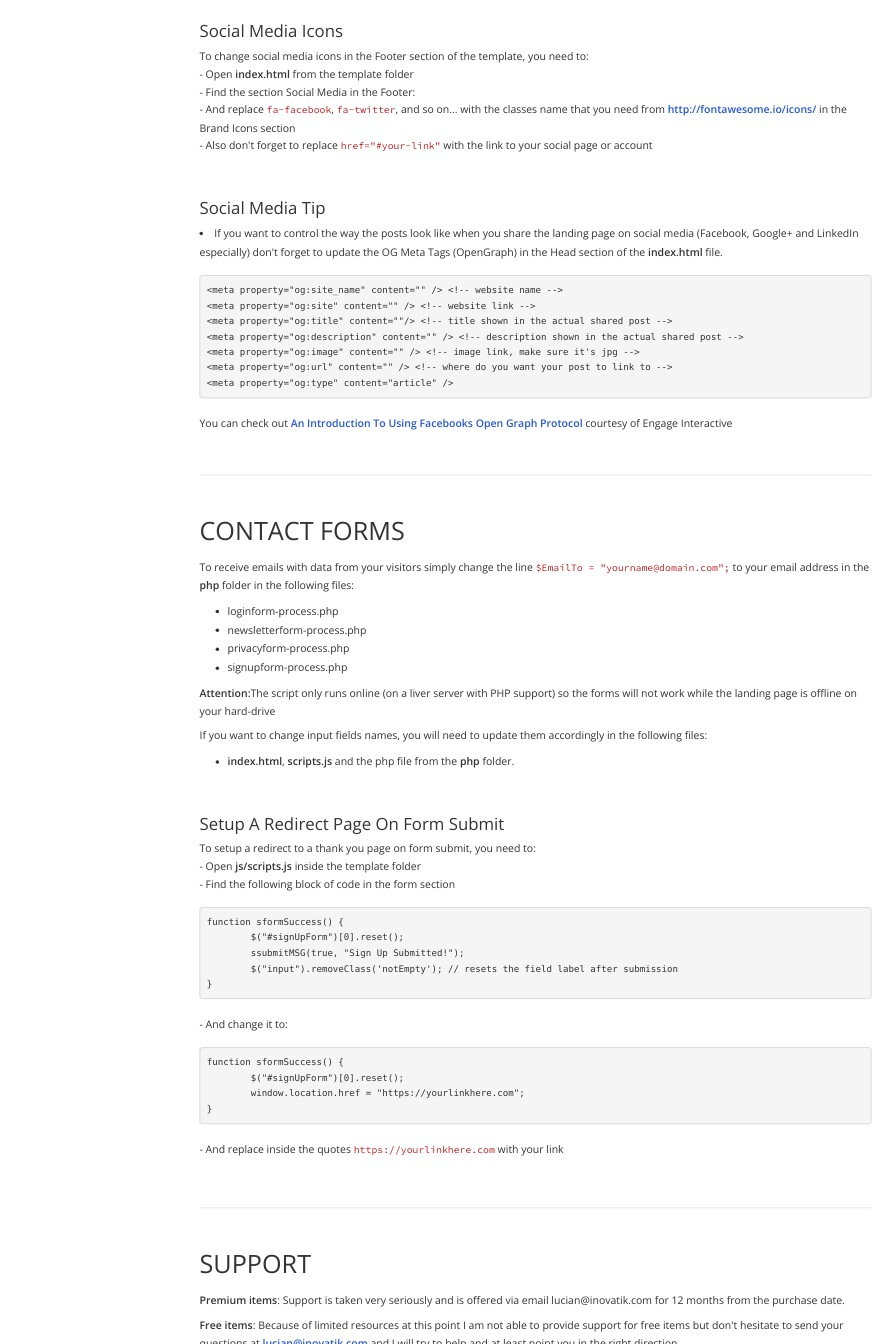
Repository: sibina-sto/tivo
Page: public/documentation/index.html
The author's editor kept a copy of each file at every save. The page is drawn from the files as they stood at one save, then again after the next save.
The browser window is 1280 px wide. The pictures show the part of the page from y = 4580 to 6500 px (the page is 6637 px tall before and 6664 px after), at 70% of full size.

Above is the page before, as saved 2023-04-29 20:45:34.

### public/documentation/index.html
<!DOCTYPE html>
<html lang="en">
<head>

    <meta charset="utf-8">
    <meta http-equiv="X-UA-Compatible" content="IE=edge">
    <meta name="viewport" content="width=device-width, shrink-to-fit=no, initial-scale=1">
    <meta name="description" content="">
    <meta name="author" content="">
    <title>Documentation - Tivo SaaS App HTML Landing Page Template</title>

    <!-- Styles -->
	<link href="https://fonts.googleapis.com/css?family=Source+Code+Pro:300,400,600" rel="stylesheet">
	<link href="https://fonts.googleapis.com/css?family=Open+Sans:300,400,600" rel="stylesheet">
    <link href="css/bootstrap.min.css" rel="stylesheet">
    <link href="css/styles.css" rel="stylesheet">

    <!-- HTML5 Shim and Respond.js IE8 support of HTML5 elements and media queries -->
    <!-- WARNING: Respond.js doesn't work if you view the page via file:// -->
    <!--[if lt IE 9]>
        <script src="https://oss.maxcdn.com/libs/html5shiv/3.7.0/html5shiv.js"></script>
        <script src="https://oss.maxcdn.com/libs/respond.js/1.4.2/respond.min.js"></script>
    <![endif]-->

</head>
<body>
    <div id="wrapper">

        <!-- Sidebar -->
        <div id="sidebar-wrapper">
			<p>Tivo - Landing Page<br> Documentation</p>
            <ul class="sidebar-nav">
                <li class="sidebar-brand">
                </li>
                <li>
                    <a href="#introduction">INTRODUCTION</a>
                </li>
                <li>
                    <a href="#files">FILES STRUCTURE</a>
				</li>
				<li>
                    <a href="#images">IMAGES</a>
                </li>
                <li>
                    <a href="#icons">ICONS</a>
				</li>
				<li>
                    <a href="#forms">CONTACT FORMS</a>
                </li>
				<li>
                    <a href="#support">SUPPORT</a>
                </li>
            </ul>
        </div>
        <!-- end of sidebar wrapper -->


        <!-- Page Content -->
        <div id="page-content-wrapper">
            <div class="container-fluid">
                <div class="row">
                    <div id="introduction" class="col-lg-12">
                        <h1>INTRODUCTION</h1>
                        <p>Hello and thank you for using Tivo SaaS App HTML Landing Page Template. Tivo is an HTML landing page template built with Bootstrap featuring image slider, tabs, details lightbox, video lightbox, text slider, dropdown navigation, extra pages and working newsletter, sign up, log in forms.</p>
						<p>Built with Bootstrap 4, HTML5, CSS3, PHP and JavaScript it will help you achieve your online marketing goals in a beautiful and efficient manner.</p>
						<p>Frameworks and toolkits used: Bootstrap 4, Popper, jQuery, jQuery Easing, Validator, Magnific Popup, Swiper.</p>
						<p>You can edit the template's Html, Css, Php, Js files with your preferred text and code editor: <a href="https://notepad-plus-plus.org/">Notepad++</a>, <a href="https://code.visualstudio.com/">Visual Code</a>, <a href="https://www.sublimetext.com/">Sublime</a> or any other...</p>
						<p>For image editing you can use <a href="http://www.adobe.com/products/photoshop.html">Adobe Photoshop</a> or any other graphic editor of your choice.</p>
					</div> <!-- end of introduction -->


					<div class="col-lg-12"><hr></div> <!-- gray separator line -->


					<div id="files" class="col-lg-12">
                        <h1>FILES STRUCTURE</h1>
						<p>
							<b>Documentation</b> - is the folder of this help file.
							<br><b>Web</b> - contains the html, css, js and php files of the template.
						</p>
						<p><b>Web</b> folder includes <b>index.html</b> file which you will use to open the template and the extra pages: article-details.html, log-in.html, privacy-policy.html, sign-up.html and terms-conditions.html. Besides index.html, you will also find the following folders:
							<ul>
								<li><b>Css</b> - Bootstrap, Font Awesome, Magnific Popup, Swiper and the template's custom stylesheet styles.css</li>
								<li><b>Images</b> - Images used throughout the template including the favicon and logo</li>
								<li><b>Js</b> - JavaScript files for Bootstrap, Popper, jQuery, jQuery Easing, Magnific Popup, Swiper, Validator, and Tivo's custom scripts: scripts.js</li>
								<li><b>Php</b> - PHP script files for the contact forms</li>
								<li><b>Webfonts</b> - Font Awesome files</li>
							</ul>
						</p>
					</div> <!-- end of files structure -->


					<div class="col-lg-12"><hr></div> <!-- gray separator line -->


					<div id="images" class="col-lg-12">
						<h1>IMAGES</h1>
						<h3>Image Links</h3>
						<p>Here are the links to the images used throughout the template:
							<ul>
								<li>Header app vector: <a href="https://www.freepik.com/free-vector/link-building-concept_3507157.htm#page=1&query=interface&position=19">https://www.freepik.com/free-vector/link-building-concept_3507157.htm#page=1&query=interface&position=19</a></li>
								<li>Description icons: <a href="https://www.freepik.com/premium-vector/programming-coding-isometric-set_5059166.htm#page=1&query=software&position=13">https://www.freepik.com/premium-vector/programming-coding-isometric-set_5059166.htm#page=1&query=software&position=13</a></li>

								<li>Speakers: <a href="http://www.freepik.com/free-photo/close-up-of-pretty-woman-with-glasses-and-big-smile_898740.htm">http://www.freepik.com/free-photo/close-up-of-pretty-woman-with-glasses-and-big-smile_898740.htm</a></li>
								<li>Speakers: <a href="http://www.freepik.com/free-photo/serious-man-walking-through-the-city_940147.htm">http://www.freepik.com/free-photo/serious-man-walking-through-the-city_940147.htm</a></li>
								<li>Speakers: <a href="http://www.freepik.com/free-photo/clever-woman-writing-an-essay_857632.htm">http://www.freepik.com/free-photo/clever-woman-writing-an-essay_857632.htm</a></li>
								<li>Speakers: <a href="http://www.freepik.com/free-photo/thinking-man-with-a-coat_916622.htm">http://www.freepik.com/free-photo/thinking-man-with-a-coat_916622.htm</a></li>
								<li>Article details image large: <a href="https://www.pexels.com/photo/photo-of-imac-near-macbook-1029757/">https://www.pexels.com/photo/photo-of-imac-near-macbook-1029757/</a></li>
								<li>Article details image small: <a href="https://www.pexels.com/photo/apple-office-internet-ipad-38544/">https://www.pexels.com/photo/apple-office-internet-ipad-38544/</a></li>
							</ul>
						</p>

						<h3>Image Resources</h3>
						<p>You can find your own images while checking out the following free online sources:
							<ul>
								<li>Freepik: <a href="https://www.pexels.com/">https://www.freepik.com/home</a></li>
								<li>Pexels: <a href="https://www.pexels.com/">https://www.pexels.com/</a></li>
								<li>SplitShire: <a href="https://www.splitshire.com/">https://www.splitshire.com/</a></li>
								<li>StartupStockPhotos: <a href="http://startupstockphotos.com/">http://startupstockphotos.com/</a></li>
								<li>StockSnap: <a href="https://stocksnap.io/">https://stocksnap.io/</a></li>
								<li>ISO Republic: <a href="http://isorepublic.com/">http://isorepublic.com/</a></li>
								<li>Videezy: <a href="https://www.videezy.com/">https://www.videezy.com/</a> - for videos</li>
							</ul>
						</p>

						<h3>Changing The Logo</h3>
						<p>
							- Place your image file in the <b>images</b> folder
							<br>- Open for editing <b>index.html</b>
							<br>- Find <b>Navigation</b> section
							<br>- Here find this line of code:
<pre class="code-format">
&lt;a class=&quot;navbar-brand logo-image&quot; href=&quot;index.html&quot;&gt;&lt;img src=&quot;images/logo.svg&quot; alt=&quot;alternative&quot;&gt;&lt;/a&gt;
</pre>
							<br>- And replace <span class="code">logo.svg</span> with your new file name
							<br>- Save the file and refresh the browser window to see the changes
						</p>

						<h3>Curved SVG Background Frame</h3>
						<p>
							- Tivo uses an svg image as background decoration for some of the sections like Header and Footer
							<br>- This image doesn't come from an image file, instead it's generated by the following code found in index.html for each of <b>the above mentioned sections</b>
							<br>- For example here is the code for the <b>Header</b> section:
<pre class="code-format">
&lt;svg class=&quot;header-frame&quot; data-name=&quot;Layer 1&quot; xmlns=&quot;http://www.w3.org/2000/svg&quot; preserveAspectRatio=&quot;none&quot; viewBox=&quot;0 0 1920 310&quot;&gt;&lt;defs&gt;&lt;style&gt;.cls-1{fill:#5f4def;}&lt;/style&gt;&lt;/defs&gt;&lt;title&gt;header-frame&lt;/title&gt;&lt;path class=&quot;cls-1&quot; d=&quot;M0,283.054c22.75,12.98,53.1,15.2,70.635,14.808,92.115-2.077,238.3-79.9,354.895-79.938,59.97-.019,106.17,18.059,141.58,34,47.778,21.511,47.778,21.511,90,38.938,28.418,11.731,85.344,26.169,152.992,17.971,68.127-8.255,115.933-34.963,166.492-67.393,37.467-24.032,148.6-112.008,171.753-127.963,27.951-19.26,87.771-81.155,180.71-89.341,72.016-6.343,105.479,12.388,157.434,35.467,69.73,30.976,168.93,92.28,256.514,89.405,100.992-3.315,140.276-41.7,177-64.9V0.24H0V283.054Z&quot;/&gt;&lt;/svg&gt;
</pre>
							<br>- To change the <b>color</b> of the frame you can update the color code <span class="code">#5f4def</span> in this piece of code <span class="code">.cls-1{fill:#5f4def;}</span>
							<br>- There are also some properties controlled in <b>css/styles.css</b> with the <b>header-frame</b> and <b>footer-frame</b> classes in the following lines of code in the Header section
<pre class="code-format">
.header-frame {
	margin-top: -1px; /* To remove white margin in FF */
	width: 100%;
	height: 2.25rem;
}
</pre>
							<br>- And in the Footer section
<pre class="code-format">
.footer-frame {
	width: 100%;
	height: 1.5rem;
}
</pre>
							<br>- If you want to change the frame you can create it Adobe Illustrator or another vector software, export it, copy the code similar to the one above and replace the original code in index.html for each template section you want
							<br>- Don't forget to add the <b>frame-decorative</b> class to the index.html code and adjust the properties you need in styles.css
						</p>

						<h3>Changing Features Section Images</h3>
						<p>
							- Edit and save the image files in the <b>images</b> folder
							<br>- Open for editing <b>index.html</b>
							<br>- Find the section <b>Features</b> and the following lines of code
<pre class="code-format">
&lt;div class=&quot;image-container&quot;&gt;
	&lt;img class=&quot;img-fluid&quot; src=&quot;images/features-1.png&quot; alt=&quot;alternative&quot;&gt;
&lt;/div&gt; &lt;!-- end of image-container --&gt;
</pre>
							<br>- Here replace <span class="code">features-1.png</span> with your own file name
							<br>- Save the file and refresh the browser window to see the changes
							<br>- Repeat the steps above for all the tabs
							<br>- For optimum results with the least amount of work I recommend using the same image size as the original in the Live Preview
						</p>

						<h3>Changing Testimonial Section Images</h3>
						<p>
							- Edit and save the image files in the <b>images</b> folder
							<br>- Open for editing <b>index.html</b>
							<br>- Find the section <b>Testimonials</b> and the following lines of code
<pre class="code-format">
&lt;div class=&quot;image-wrapper&quot;&gt;
	&lt;img class=&quot;img-fluid&quot; src=&quot;images/testimonial-1.jpg&quot; alt=&quot;alternative&quot;&gt;
&lt;/div&gt; &lt;!-- end of image-wrapper --&gt;
</pre>
							<br>- Here replace <span class="code">testimonial-1.png</span> with your own file name
							<br>- Save the file and refresh the browser window to see the changes
							<br>- Repeat the steps above for all the slides
							<br>- For optimum results with the least amount of work I recommend using the same image size as the original in the Live Preview
						</p>
						<p>
							Tivo uses the Swiper plugin for the text slider. You can change settings like: time between slides, pause on hover, reactions to keyboard and others by visiting the plugins page: <a href="http://idangero.us/swiper/api/">http://idangero.us/swiper/api/</a> and adding them to the <b>Text Slider - Swiper</b> section in <b>js/scripts.js</b>
<pre class="code-format">
/* Text Slider - Swiper */
var textSlider = new Swiper('.text-slider', {
	autoplay: {
		delay: 6000,
		disableOnInteraction: false
	},
	loop: true,
	navigation: {
		nextEl: '.swiper-button-next',
		prevEl: '.swiper-button-prev'
	}
});
</pre>
						</p>
					</div> <!-- end of images -->


					<div class="col-lg-12"><hr></div> <!-- gray separator line -->


					<div id="icons" class="col-lg-12">
                        <h1>ICONS</h1>
						<h3>Font Awesome Icons</h3>
						<li>Tivo uses <a href="http://fontawesome.io/">Font Awesome</a> icon font in many sections and elements.
						<p>To change one of the Font Awesome icons you can simply replace the classes that you'll find in index.html e.g. fa-map-marker-alt, fa-envelope, fa-globe with the ones that you need from <a href="http://fontawesome.io/icons/">http://fontawesome.io/icons/</a></p>

						<h3>Social Media Icons</h3>
						<p>To change social media icons in the Footer section of the template, you need to:
							<br>- Open <b>index.html</b> from the template folder
							<br>- Find the section Social Media in the Footer:
							<br>- And replace <span class="code">fa-facebook</span>, <span class="code">fa-twitter</span>, and so on... with the classes name that you need from <a href="http://fontawesome.io/icons/">http://fontawesome.io/icons/</a> in the Brand Icons section
							<br>- Also don't forget to replace <span class="code">href="#your-link"</span> with the link to your social page or account
						</p>

						<h3>Social Media Tip</h3>
						<li>If you want to control the way the posts look like when you share the landing page on social media (Facebook, Google+ and LinkedIn especially) don't forget to update the OG Meta Tags (OpenGraph) in the Head section of the <b>index.html</b> file.
<pre class="code-format">
&lt;meta property="og:site_name" content="" /&gt; &lt;!-- website name --&gt;
&lt;meta property="og:site" content="" /&gt; &lt;!-- website link --&gt;
&lt;meta property="og:title" content=""/&gt; &lt;!-- title shown in the actual shared post --&gt;
&lt;meta property="og:description" content="" /&gt; &lt;!-- description shown in the actual shared post --&gt;
&lt;meta property="og:image" content="" /&gt; &lt;!-- image link, make sure it's jpg --&gt;
&lt;meta property="og:url" content="" /&gt; &lt;!-- where do you want your post to link to --&gt;
&lt;meta property="og:type" content="article" /&gt;
</pre>
						<br>You can check out <a href="http://engageinteractive.co.uk/blog/an-introduction-to-using-facebooks-open-graph-protocol">An Introduction To Using Facebooks Open Graph Protocol</a> courtesy of Engage Interactive<br>
                    </div> <!-- end of icons -->


					<div class="col-lg-12"><hr></div> <!-- gray separator line -->


					<div id="forms" class="col-lg-12">
                        <h1>CONTACT FORMS</h1>
                        <p>To receive emails with data from your visitors simply change the line <span class="code">$EmailTo = "yourname@domain.com";</span> to your email address in the <b>php</b> folder in the following files:</p>
						<ul>
							<li>loginform-process.php</li>
							<li>newsletterform-process.php</li>
							<li>privacyform-process.php</li>
							<li>signupform-process.php</li>
						</ul>
						<p><b>Attention:</b>The script only runs online (on a liver server with PHP support) so the forms will not work while the landing page is offline on your hard-drive</p>
						<p>If you want to change input fields names, you will need to update them accordingly in the following files:</p>
						<ul>
							<li><b>index.html</b>, <b>scripts.js</b> and the php file from the <b>php</b> folder.</li>
						</ul>

						<h3>Setup A Redirect Page On Form Submit</h3>
						<p>
							To setup a redirect to a thank you page on form submit, you need to:
							<br>- Open <b>js/scripts.js</b> inside the template folder
							<br>- Find the following block of code in the form section
<pre class="code-format">
function sformSuccess() {
	$("#signUpForm")[0].reset();
	ssubmitMSG(true, "Sign Up Submitted!");
	$("input").removeClass('notEmpty'); // resets the field label after submission
}
</pre>
							<br>- And change it to:
<pre class="code-format">
function sformSuccess() {
	$("#signUpForm")[0].reset();
	window.location.href = "https://yourlinkhere.com";
}
</pre>
							<br>- And replace inside the quotes <span class="code">https://yourlinkhere.com</span> with your link
						</p>
					</div> <!-- end of contact form and privacy policy form -->


					<div class="col-lg-12"><hr></div> <!-- gray separator line -->


					<div id="support" class="col-lg-12">
						<h1>SUPPORT</h1>
						<p><b>Premium items</b>: Support is taken very seriously and is offered via email lucian@inovatik.com for 12 months from the purchase date.</p>
						<p><b>Free items</b>: Because of limited resources at this point I am not able to provide support for free items but don't hesitate to send your questions at <a href="mailto:lucian@inovatik.com">lucian@inovatik.com</a> and I will try to help and at least point you in the right direction.</p>
					</div> <!-- end of support -->

					<div class="col-lg-12">
						<p class="footer">Tivo - Software Business HTML Landing Page Template by <a href="https://inovatik.com">Inovatik</a></p>
					</div>
                </div>
            </div>
        </div> <!-- end of page content wrapper -->
    </div> <!-- end of wrapper -->


    <!-- Scripts Libraries -->
    <script src="js/jquery.js" type="text/javascript"></script>
    <script src="js/bootstrap.min.js" type="text/javascript"></script>


	<!-- Custom Scripts -->
    <script>
    <!-- Menu Toggle Script -->
	$("#menu-toggle").click(function(e) {
        e.preventDefault();
        $("#wrapper").toggleClass("toggled");
    });

	/* Smooth Scrolling To Anchors  */
		$(function() {
			$('a[href*="#"]:not([data-toggle="tab"])').click(function() {
				if (location.pathname.replace(/^\//,'') == this.pathname.replace(/^\//,'') && location.hostname == this.hostname) {
					var target = $(this.hash);
					target = target.length ? target : $('[name=' + this.hash.slice(1) +']');
					if (target.length) {
						$('html, body').animate({
							scrollTop: target.offset().top
						}, 700);
						return false;
					}
				}
			});
		});
	</script>

</body>
</html>

Loaded but not shown: public/documentation/css/bootstrap.min.css (library); public/documentation/js/jquery.js (library); public/documentation/js/bootstrap.min.js (library); public/documentation/css/styles.css (211 lines, source omitted)

After the next save:
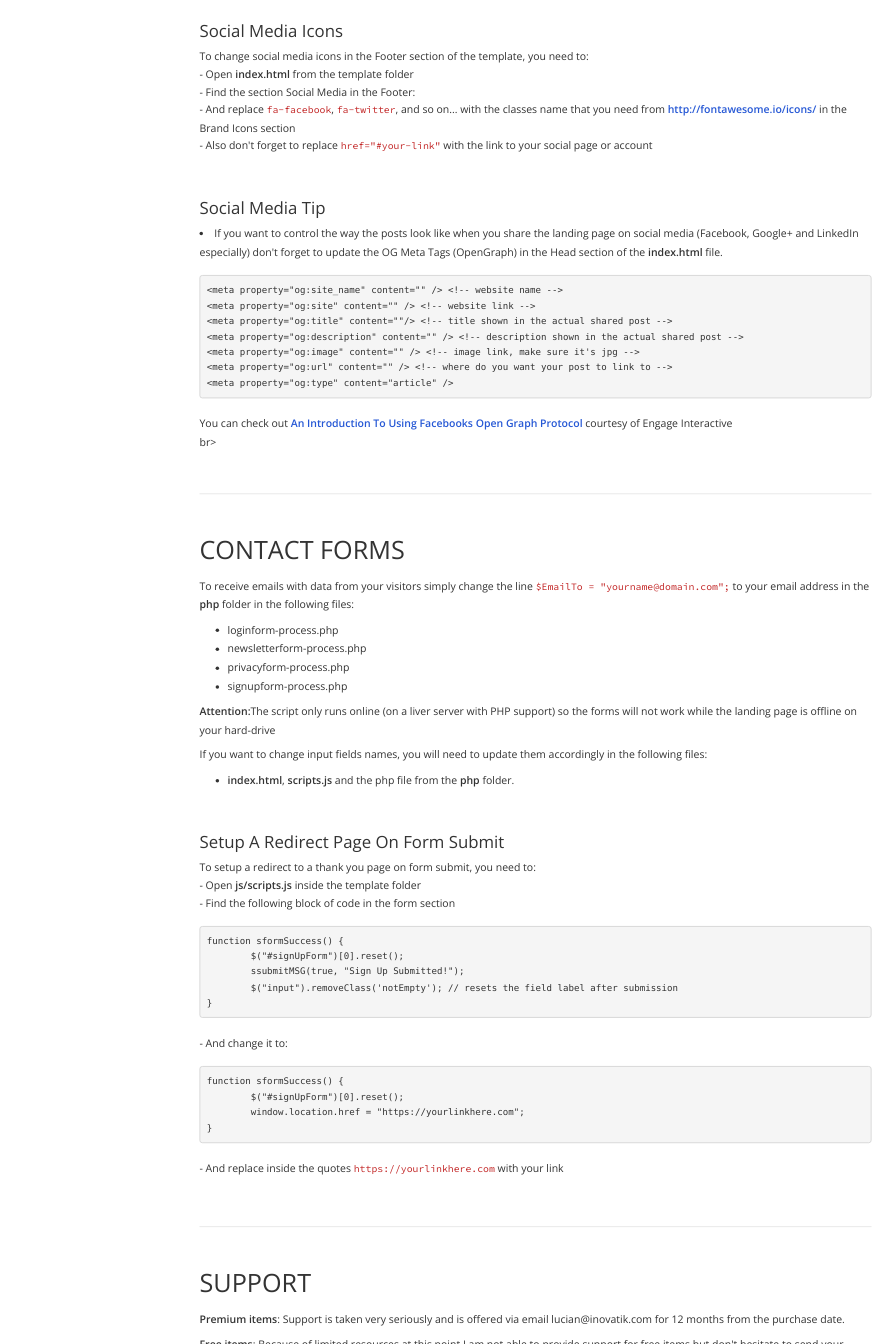
Saved 10 s later.
--- a/public/documentation/index.html
+++ b/public/documentation/index.html
@@ -243,7 +243,7 @@
 &lt;meta property="og:url" content="" /&gt; &lt;!-- where do you want your post to link to --&gt;
 &lt;meta property="og:type" content="article" /&gt;
 </pre>
-						<br>You can check out <a href="http://engageinteractive.co.uk/blog/an-introduction-to-using-facebooks-open-graph-protocol">An Introduction To Using Facebooks Open Graph Protocol</a> courtesy of Engage Interactive<br>
+						<br>You can check out <a href="http://engageinteractive.co.uk/blog/an-introduction-to-using-facebooks-open-graph-protocol">An Introduction To Using Facebooks Open Graph Protocol</a> courtesy of Engage Interactive</li>br>
                     </div> <!-- end of icons -->
 
 

After the save that followed:
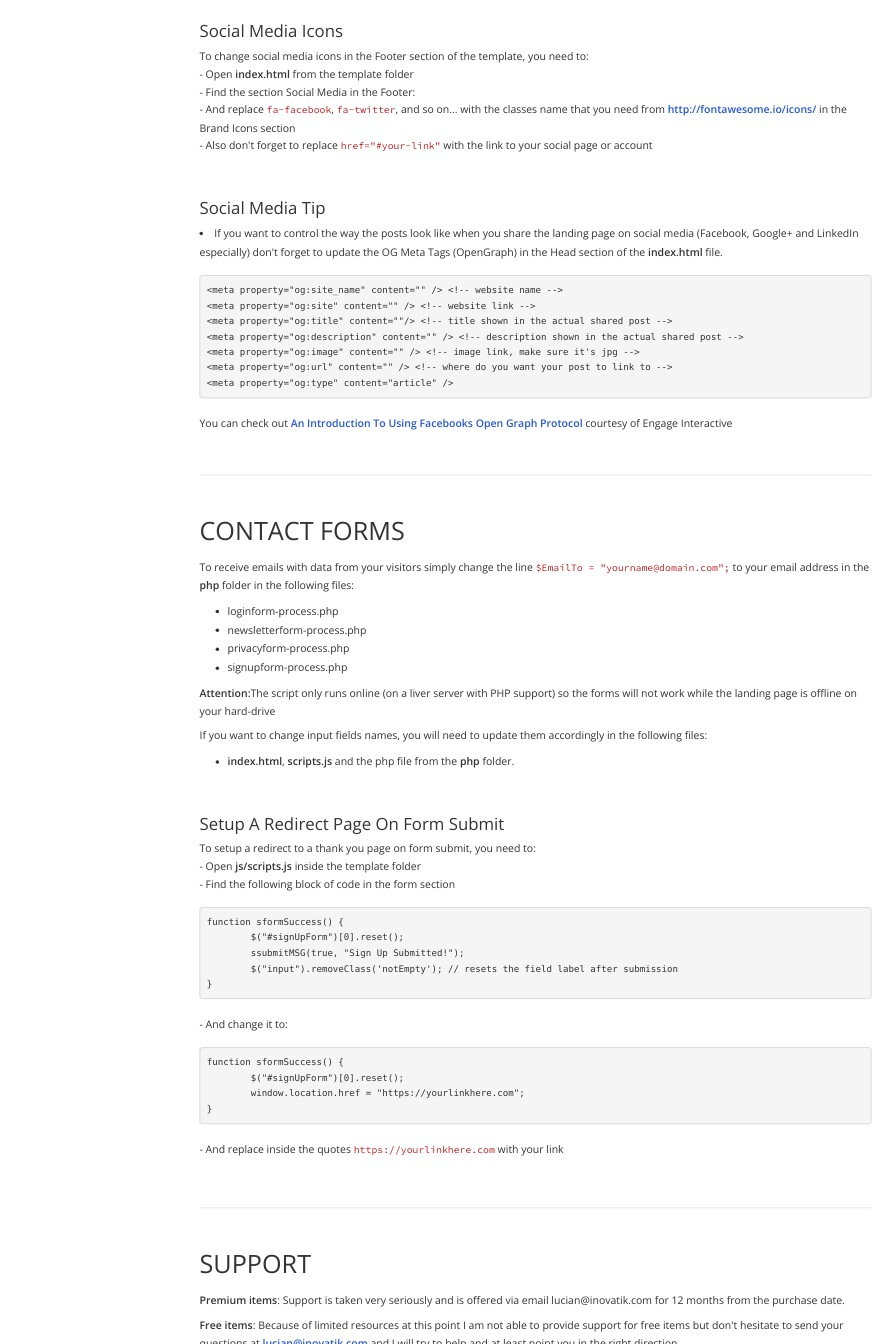
Saved 6 s later.
--- a/public/documentation/index.html
+++ b/public/documentation/index.html
@@ -243,7 +243,7 @@
 &lt;meta property="og:url" content="" /&gt; &lt;!-- where do you want your post to link to --&gt;
 &lt;meta property="og:type" content="article" /&gt;
 </pre>
-						<br>You can check out <a href="http://engageinteractive.co.uk/blog/an-introduction-to-using-facebooks-open-graph-protocol">An Introduction To Using Facebooks Open Graph Protocol</a> courtesy of Engage Interactive</li>br>
+						<br>You can check out <a href="http://engageinteractive.co.uk/blog/an-introduction-to-using-facebooks-open-graph-protocol">An Introduction To Using Facebooks Open Graph Protocol</a> courtesy of Engage Interactive</br>
                     </div> <!-- end of icons -->
 
 
